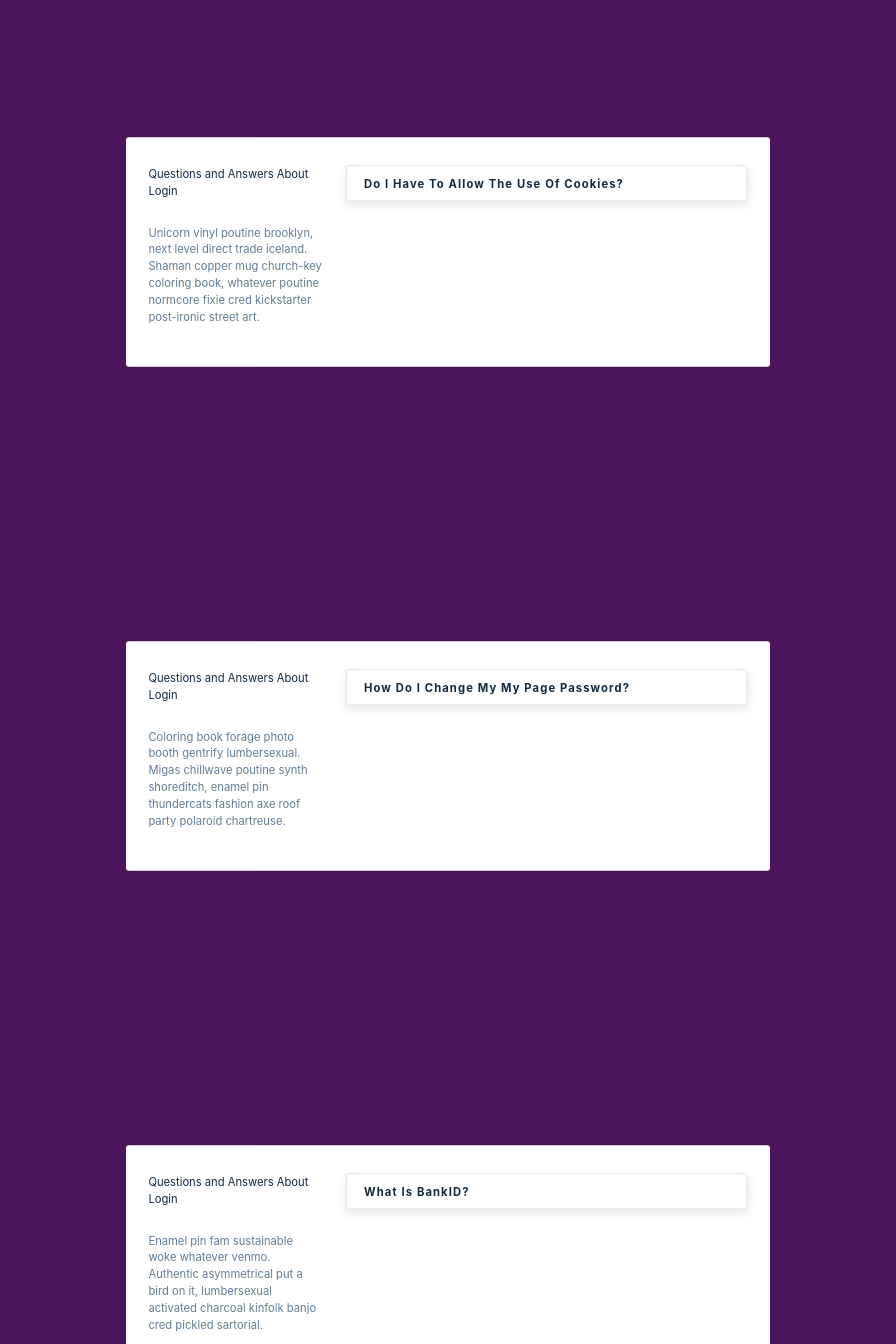
Repository: Reghanoid/Accordion
Page: /
These files come from the project's save history. The page is drawn as it stood at one moment and after the next save; the edit follows.
The browser window is 1280 px wide. The pictures show the part of the page from y = 0 to 1920 px (the page is 3600 px tall), at 70% of full size.
The project was rebuilt for these pictures with package versions that can differ from the ones it lists, and the page was loaded fresh each time.

Above is the page before, as saved 2022-06-06 14:55:25.

After the next save:
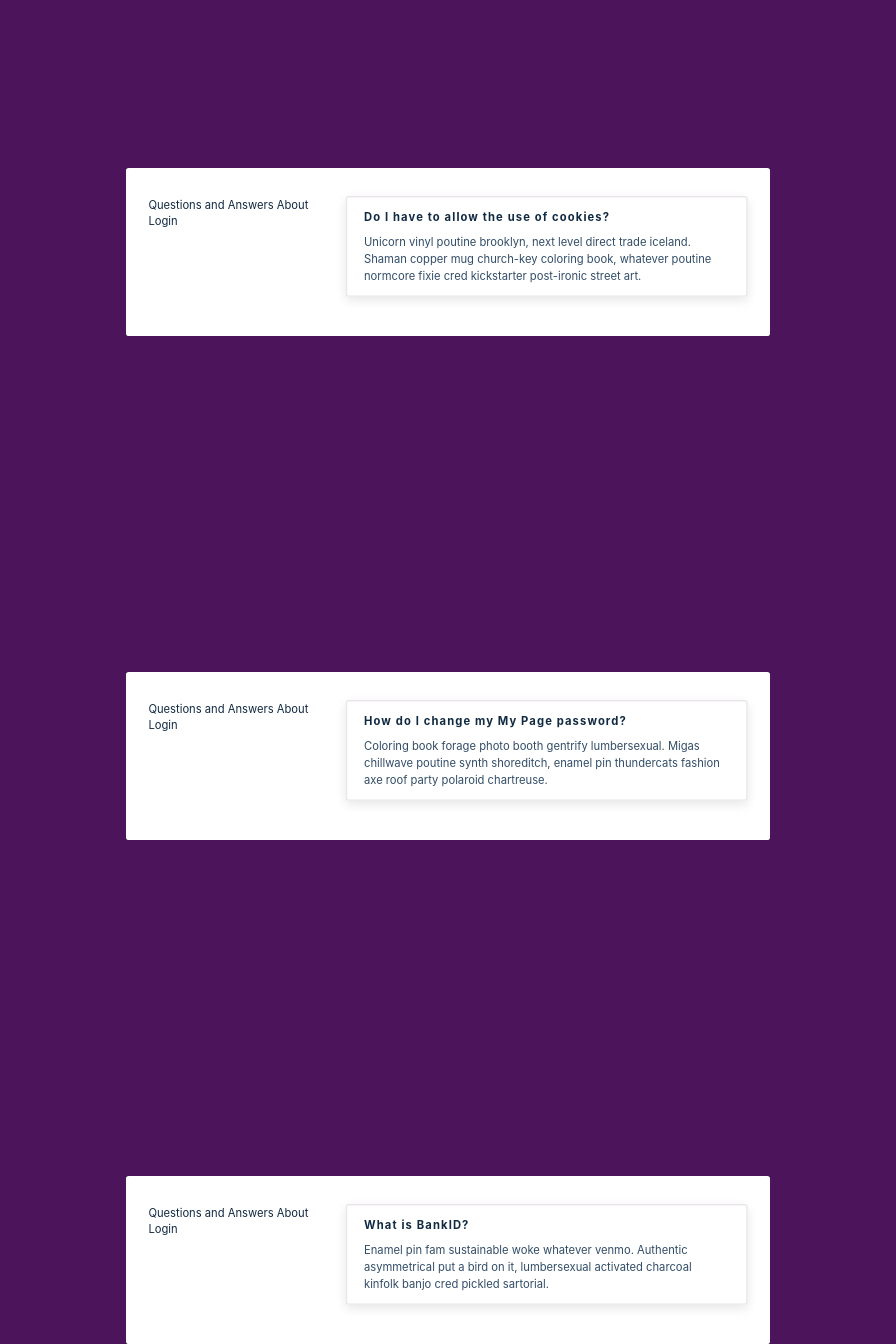
Saved 48 s later.
--- a/src/Question.js
+++ b/src/Question.js
@@ -5,8 +5,10 @@ const Question = (props) => {
     <main>
       <div className='container'>
         <header>Questions and Answers About Login</header>
-        <h4 className='question'> {props.title} </h4>
-        <p> {props.info} </p>
+        <div className='question'>
+          <h4> {props.title} </h4>
+          <p> {props.info} </p>
+        </div>
       </div>
     </main>
   )
